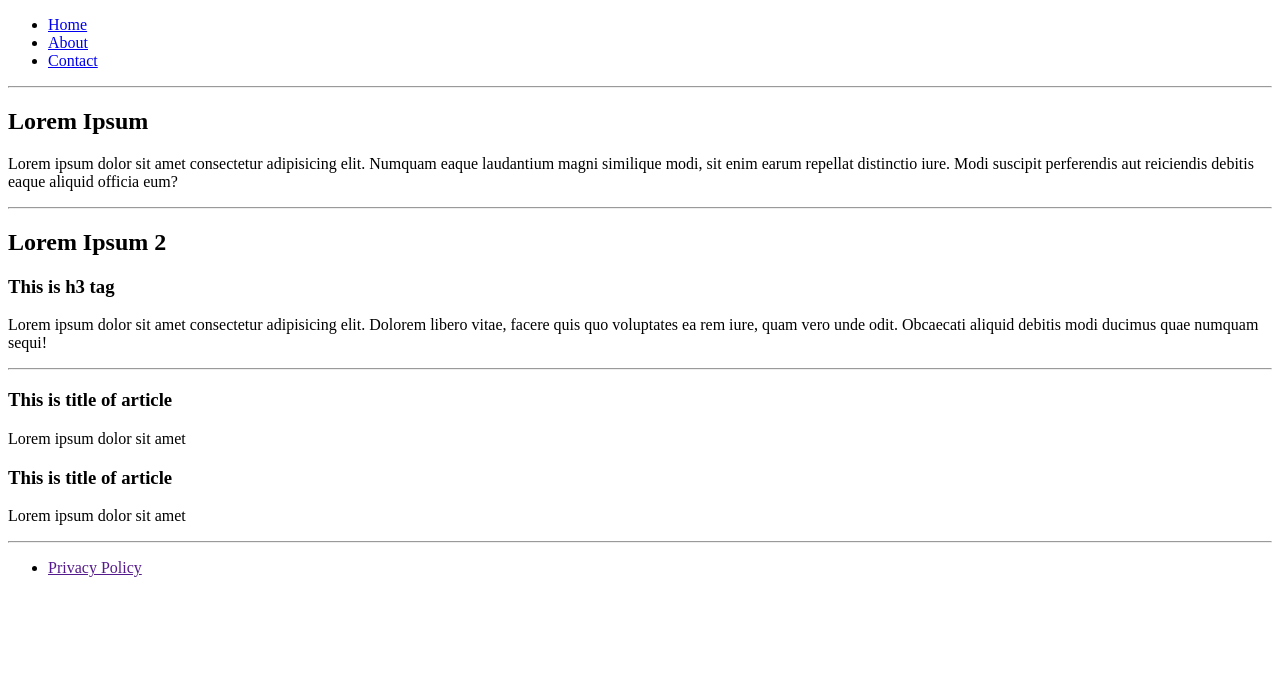
Repository: fisikusari/test-repo
Page: index.html
These files come from the project's save history. The page is drawn as it stood at one moment and after the next save; the edit follows.
The browser window is 1280 px wide. The pictures show the whole page.

Above is the page before, as saved 2021-11-11 18:04:23.

### index.html
<!DOCTYPE html>

<html lang="en">

<head>
  <meta charset="UTF-8">
  <meta http-equiv="X-UA-Compatible" content="IE=edge">
  <meta name="viewport" content="width=device-width, initial-scale=1.0">
  <title>Fisnik</title>
</head>
<nav>
  <ul>
    <li><a href="#">Home</a></li>
    <li><a href="about.html">About</a></li>
    <li><a href="contact.html">Contact</a></li>
  </ul>
</nav>

<body>
  <hr>
  <section>
    <h1>Lorem Ipsum</h1>
    <p>Lorem ipsum dolor sit amet consectetur adipisicing elit. Numquam eaque laudantium magni similique modi, sit enim earum repellat distinctio iure. Modi suscipit perferendis
      aut reiciendis debitis eaque aliquid officia eum?</p>
  </section>
  <hr>
  <section>
    <h1>Lorem Ipsum 2</h1>
    <h3>This is h3 tag</h3>
    <p>Lorem ipsum dolor sit amet consectetur adipisicing elit. Dolorem libero vitae, facere quis quo voluptates ea rem iure, quam vero unde odit. Obcaecati aliquid debitis modi
      ducimus quae numquam sequi!</p>
  </section>
  <hr>
  <section>
    <article>
      <h1>This is title of article</h1>
      <p>Lorem ipsum dolor sit amet</p>
      <a href="about.html"></a>
    </article>
    <article>
      <h1>This is title of article</h1>
      <p>Lorem ipsum dolor sit amet</p>
      <a href="#"></a>
    </article>
  </section>
  <hr>
  <footer>
    <nav>
      <ul>
        <li><a href="">Privacy Policy</a></li>
      </ul>
    </nav>
  </footer>
</body>

</html>

After the next save:
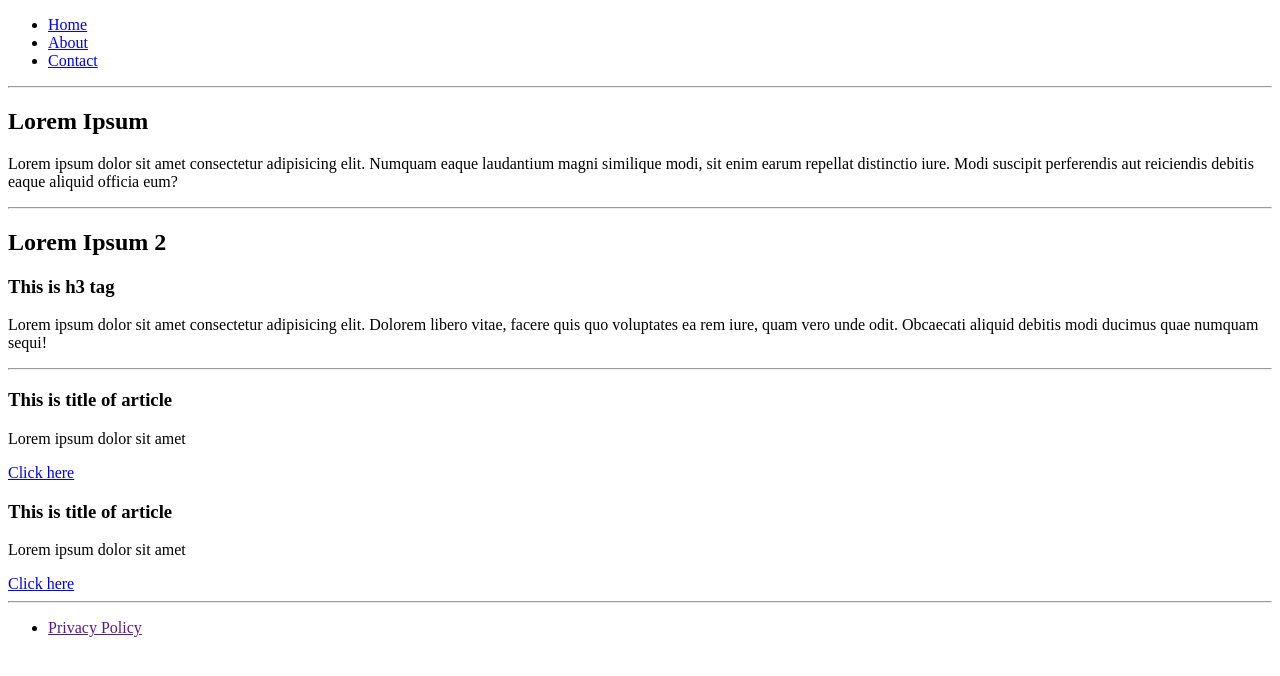
Saved 11 s later.
--- a/index.html
+++ b/index.html
@@ -35,12 +35,12 @@
     <article>
       <h1>This is title of article</h1>
       <p>Lorem ipsum dolor sit amet</p>
-      <a href="about.html"></a>
+      <a href="about.html">Click here</a>
     </article>
     <article>
       <h1>This is title of article</h1>
       <p>Lorem ipsum dolor sit amet</p>
-      <a href="#"></a>
+      <a href="#">Click here</a>
     </article>
   </section>
   <hr>
